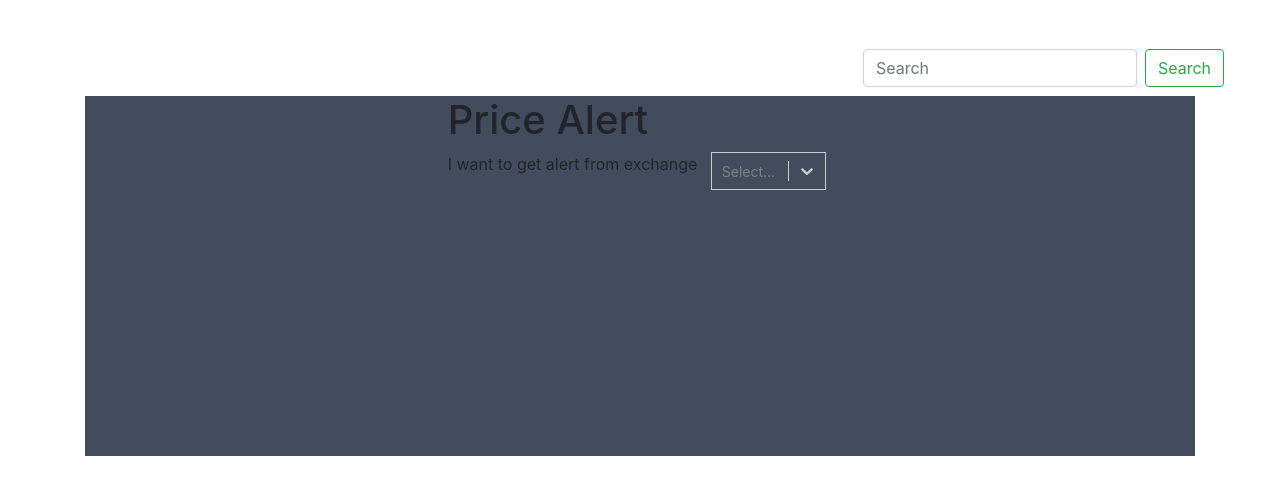
Repository: flychicken123/PriceAlertFront
Page: /
The author's editor kept a copy of each file at every save. The page is drawn from the files as they stood at one save, then again after the next save.
The browser window is 1280 px wide. The pictures show the whole page.
The page's requests for data from a server got no answer. The project was rebuilt for these pictures with package versions that can differ from the ones it lists, and the page was loaded fresh each time. No one was signed in, and anything a server would have sent is missing. Also part of the build but not shown: src/App.css.

Above is the page before, as saved 2021-03-07 11:01:38.

After the next save:
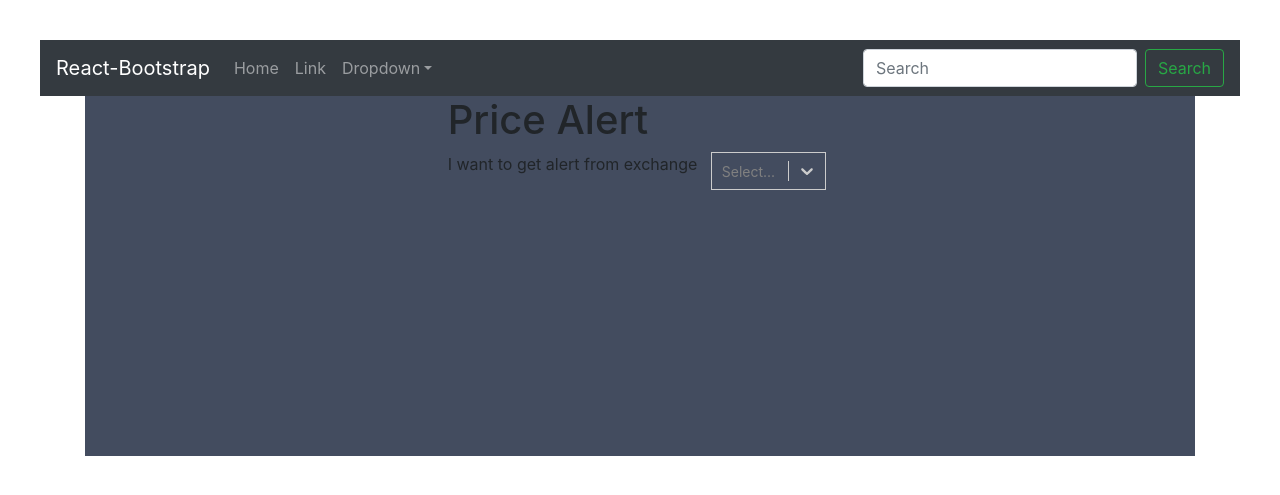
Saved 22 s later.
--- a/src/components/TopNavbar.jsx
+++ b/src/components/TopNavbar.jsx
@@ -3,7 +3,7 @@
 const TopNavbar = () => {
     return (
         <div>
-            <Navbar bg="#282c34" variant="dark" expand="lg">
+            <Navbar bg="dark" variant="dark" expand="lg">
                 <Navbar.Brand href="#home">React-Bootstrap</Navbar.Brand>
                 <Navbar.Toggle aria-controls="basic-navbar-nav" />
                 <Navbar.Collapse id="basic-navbar-nav">

After the save that followed:
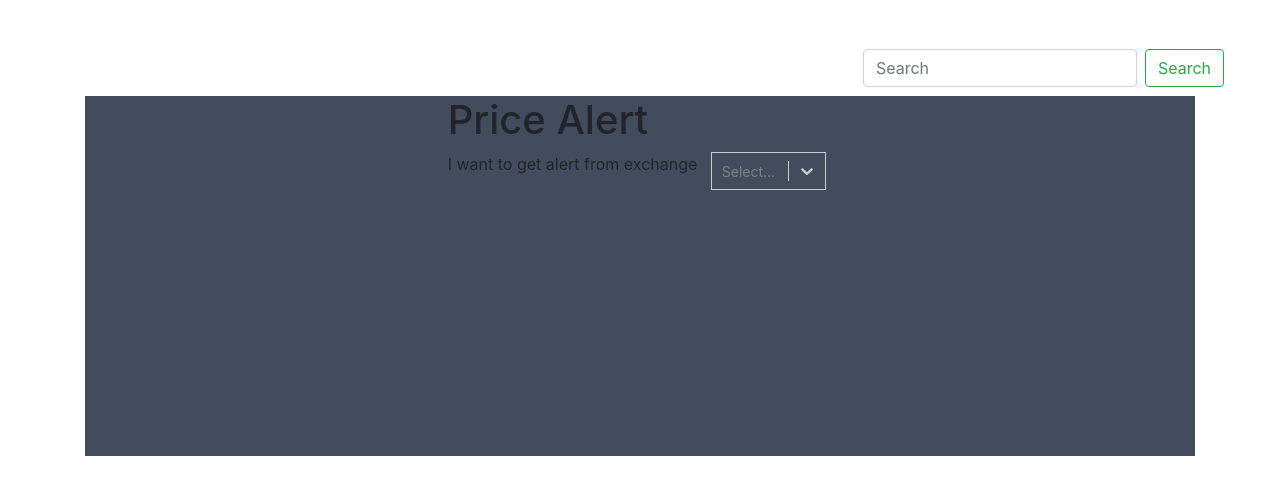
Saved 31 s later.
--- a/src/components/TopNavbar.jsx
+++ b/src/components/TopNavbar.jsx
@@ -3,7 +3,7 @@
 const TopNavbar = () => {
     return (
         <div>
-            <Navbar bg="dark" variant="dark" expand="lg">
+            <Navbar bg="#282c34" variant="dark" expand="lg">
                 <Navbar.Brand href="#home">React-Bootstrap</Navbar.Brand>
                 <Navbar.Toggle aria-controls="basic-navbar-nav" />
                 <Navbar.Collapse id="basic-navbar-nav">
